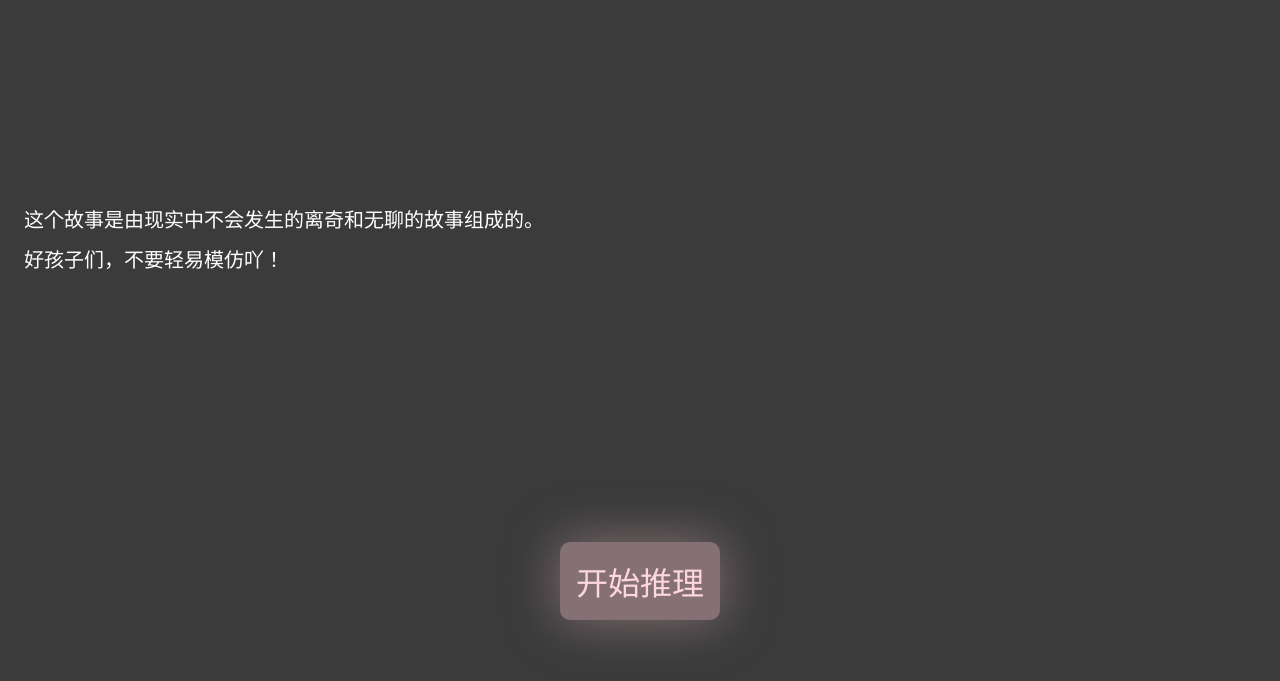
Repository: Jofali/reasoning-genius
Page: /
These files come from the project's save history. The page is drawn as it stood at one moment and after the next save; the edit follows.
The browser window is 1280 px wide. The pictures show the whole page.
The project was rebuilt for these pictures with package versions that can differ from the ones it lists, and the page was loaded fresh each time. Also part of the build but not shown: src/part1/part1.css, src/part1/part1.js, src/part2/part2.css, src/part2/part2.js, src/title/title.css, src/title/title.js, src/inventory/inventory.css, src/inventory/inventory.js and 2 more.

Above is the page before, as saved 2019-05-23 16:04:22.

After the next save:
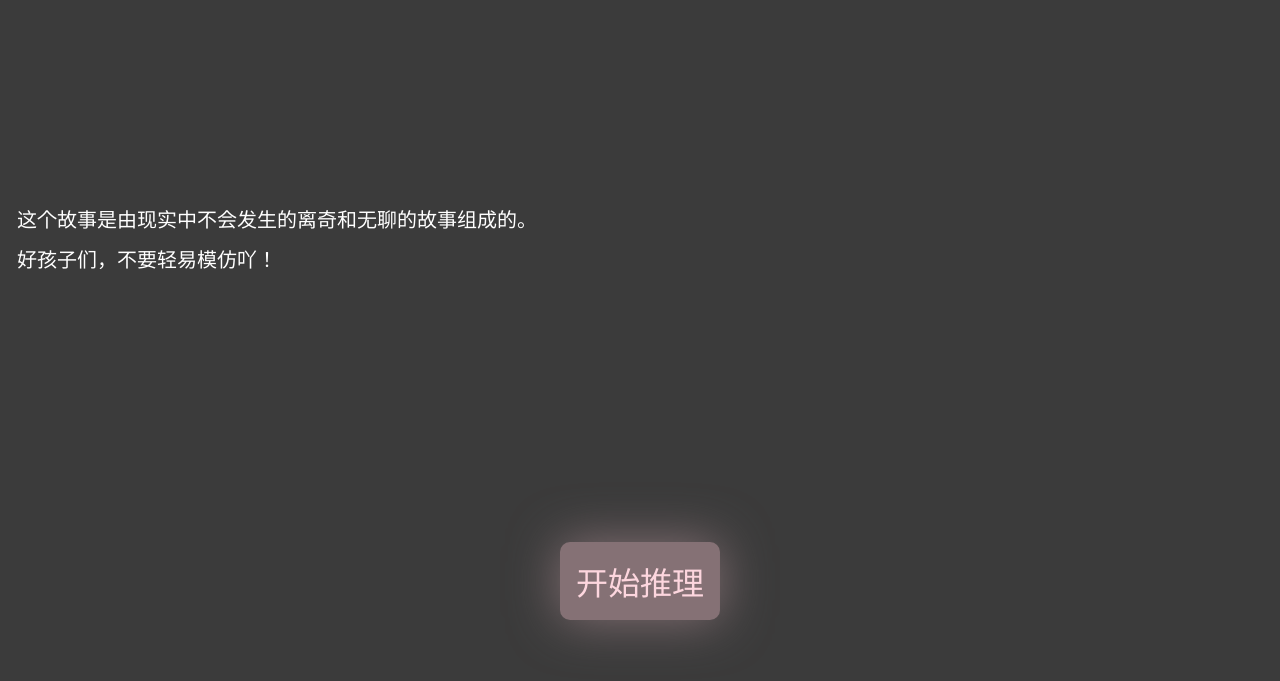
Saved 30 s later.
--- a/src/begin/begin.css
+++ b/src/begin/begin.css
@@ -11,7 +11,7 @@
   height: 200px;
   position: relative;
   top: 200px;
-  padding: 0 1.5rem;
+  padding: 0 1.06rem;
   font-size: 1.25rem;
   line-height: 2;
 }
